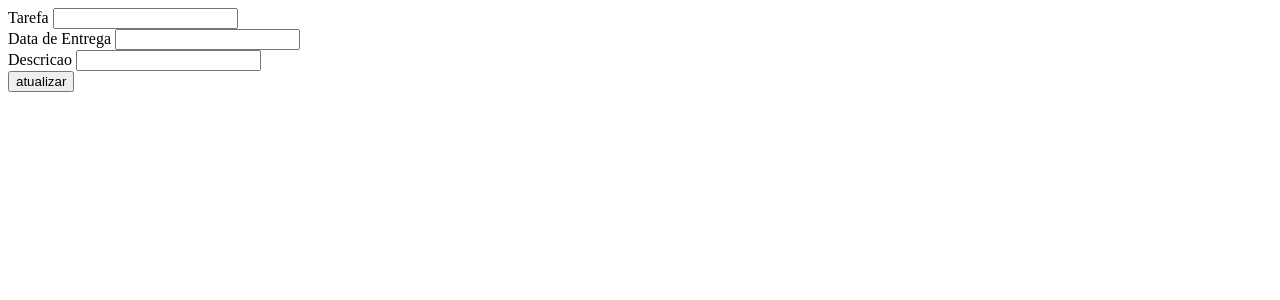
Repository: sophiaks/CRUD
Page: http://localhost/Projeto1/Views/atualiza.jsp
An editor plug-in stored every save of this project. The page is shown before and after the next save, followed by the edit.
The browser window is 1280 px wide. The pictures show the whole page.
The page is served by Tomcat 9. Other server files are loaded and not shown.

Above is the page before, as saved 2020-09-22 15:18:03.

### WorkspaceP1/Projeto1/WebContent/Views/atualiza.jsp
<%@ page language="java" contentType="text/html; charset=ISO-8859-1"
    pageEncoding="ISO-8859-1"%>
<!DOCTYPE html>
<html>
<head>
<meta charset="ISO-8859-1">
<title>Editar Tarefa</title>
</head>
<body>
	<form action="atualiza" method="post">
		Tarefa <input type='text' name='nome' value='${param.nome}'><br>
		Data de Entrega <input type='text' name='entrega' value='${param.entrega}'><br>
		Descricao <input type='text' name='descricao' value='${param.descricao}'><br>
		<input type='hidden' name='id' value='${param.id}'>
		<input type='submit' value='atualizar'>
	</form>
</body>
</html>

After the next save:
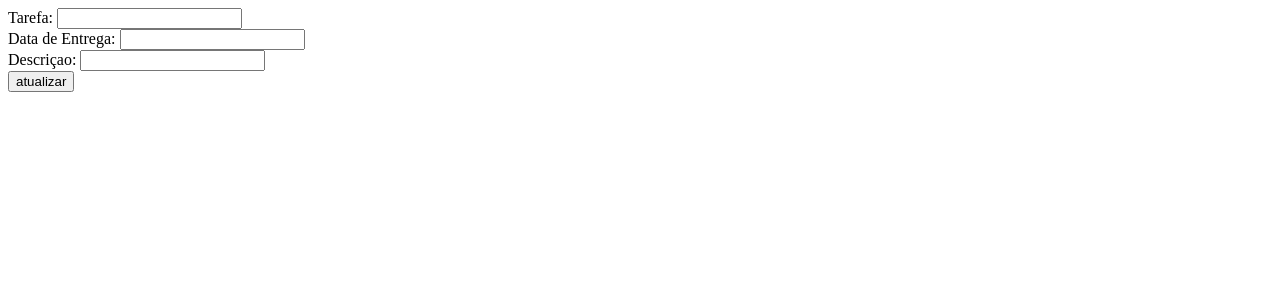
Saved 9 s later.
--- a/WorkspaceP1/Projeto1/WebContent/Views/atualiza.jsp
+++ b/WorkspaceP1/Projeto1/WebContent/Views/atualiza.jsp
@@ -8,9 +8,9 @@
 </head>
 <body>
 	<form action="atualiza" method="post">
-		Tarefa <input type='text' name='nome' value='${param.nome}'><br>
-		Data de Entrega <input type='text' name='entrega' value='${param.entrega}'><br>
-		Descricao <input type='text' name='descricao' value='${param.descricao}'><br>
+		Tarefa: <input type='text' name='nome' value='${param.nome}'><br>
+		Data de Entrega: <input type='text' name='entrega' value='${param.entrega}'><br>
+		Descriçao: <input type='text' name='descricao' value='${param.descricao}'><br>
 		<input type='hidden' name='id' value='${param.id}'>
 		<input type='submit' value='atualizar'>
 	</form>
